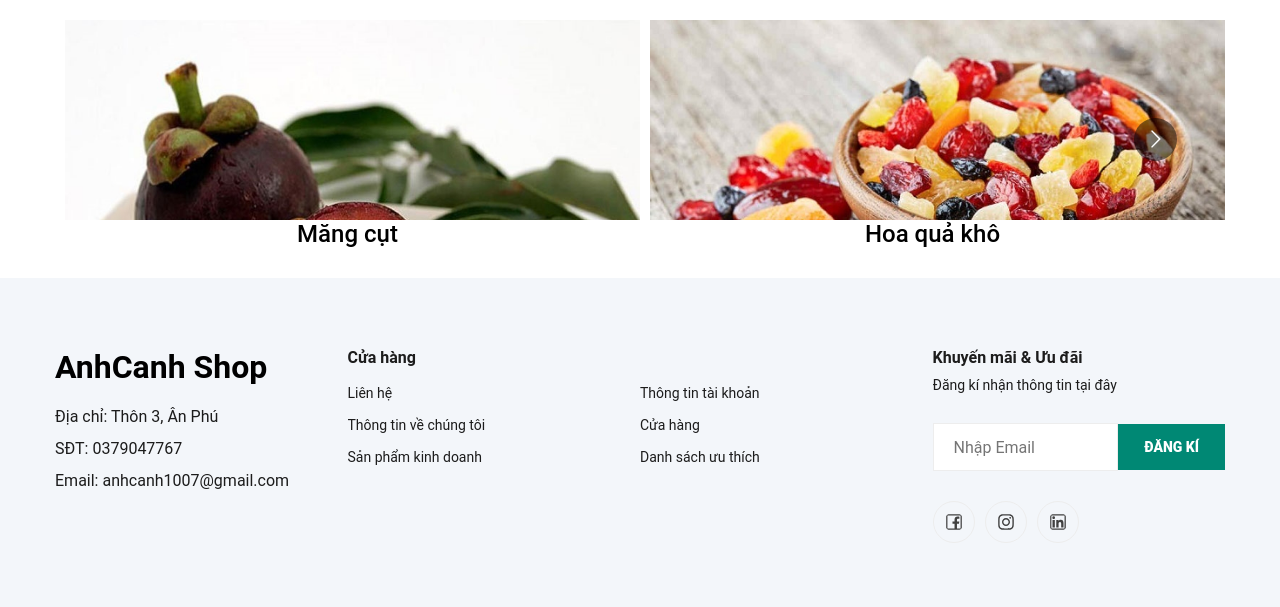
Repository: anhcanh1007/show_product
Page: /
An editor plug-in stored every save of this project. The page is shown before and after a run of saves, followed by the edit.
The browser window is 1280 px wide. The pictures show the part of the page from y = 591 to 1198 px (the page is 1198 px tall).
The project was rebuilt for these pictures with package versions that can differ from the ones it lists, and the page was loaded fresh each time. Imported but missing from the stored project, and not drawn on this page: src/pages/user/profilePage.

Above is the page before, as saved 2024-01-28 00:18:49.

After the next 2 saves:
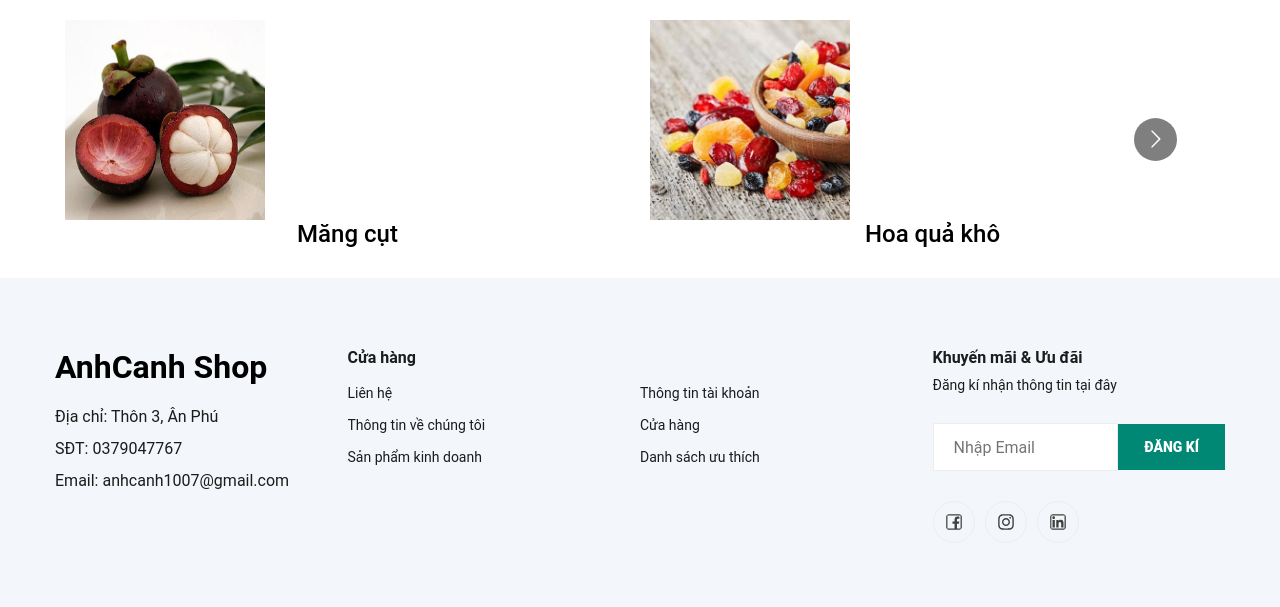
The 2 saves are shown as one change because they came seconds apart.
The last was saved 16 s later.
--- a/src/pages/user/homePage/style.scss
+++ b/src/pages/user/homePage/style.scss
@@ -8,7 +8,7 @@
     .categories__banner_img {
         background-repeat: no-repeat;
         background-size: cover;
-        min-width: 200px;
+        width: 200px;
         height: 200px;
         margin-left: 10px;
     }
